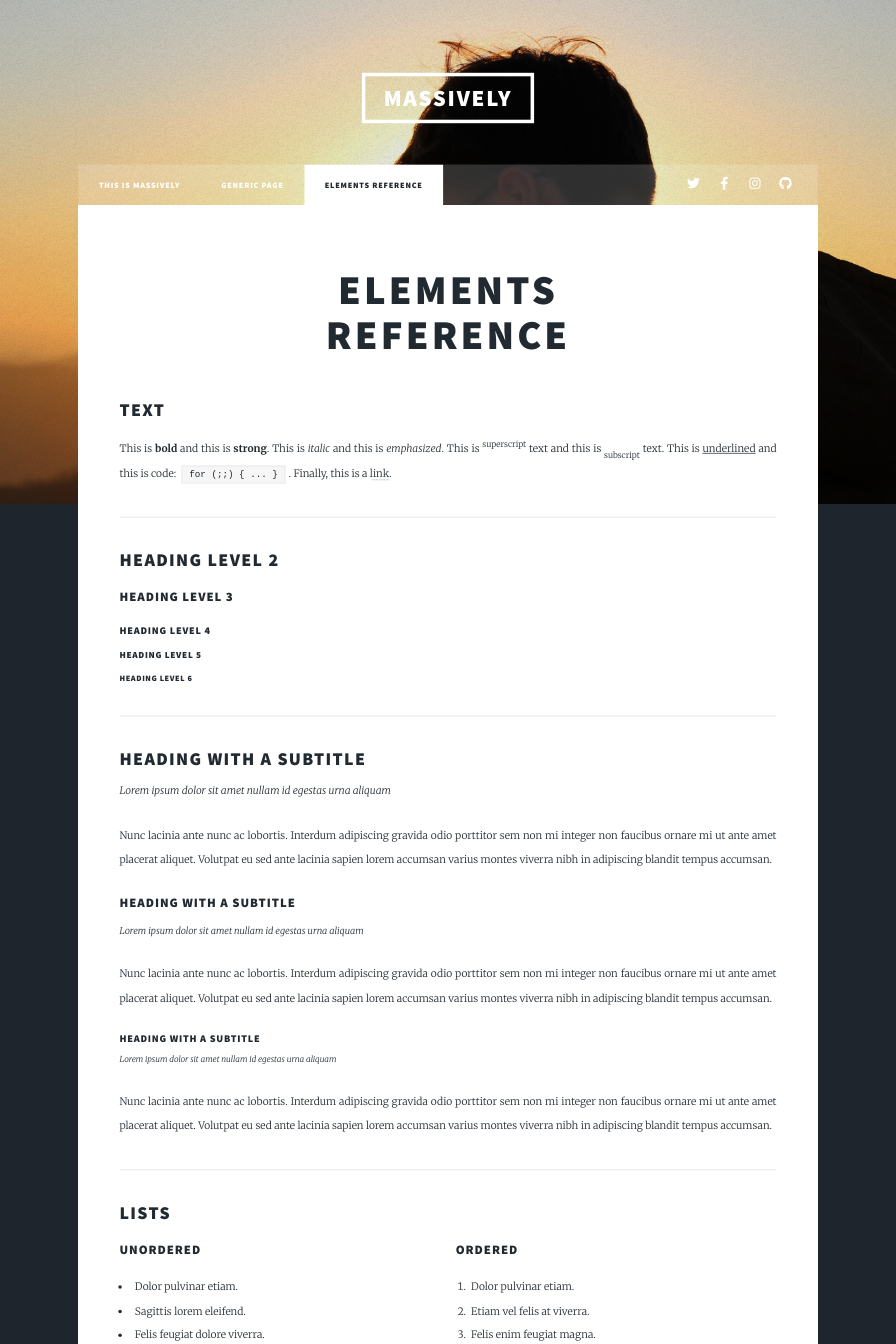
Repository: ciaranscan6/PersonalWebsite
Page: elements.html
An editor plug-in stored every save of this project. The page is shown before and after the next save, followed by the edit.
The browser window is 1280 px wide. The pictures show the part of the page from y = 0 to 1920 px (the page is 9480 px tall), at 70% of full size.

Above is the page before, as saved 2025-11-21 22:11:27.

### elements.html
<!DOCTYPE HTML>
<!--
	Massively by HTML5 UP
	html5up.net | @ajlkn
	Free for personal and commercial use under the CCA 3.0 license (html5up.net/license)
-->
<html>
	<head>
		<title>Elements Reference - Massively by HTML5 UP</title>
		<meta charset="utf-8" />
		<meta name="viewport" content="width=device-width, initial-scale=1, user-scalable=no" />
		<link rel="stylesheet" href="assets/css/main.css" />
		<noscript><link rel="stylesheet" href="assets/css/noscript.css" /></noscript>
	</head>
	<body class="is-preload">

		<!-- Wrapper -->
			<div id="wrapper">

				<!-- Header -->
					<header id="header">
						<a href="index.html" class="logo">Massively</a>
					</header>

				<!-- Nav -->
					<nav id="nav">
						<ul class="links">
							<li><a href="index.html">This is Massively</a></li>
							<li><a href="generic.html">Generic Page</a></li>
							<li class="active"><a href="elements.html">Elements Reference</a></li>
						</ul>
						<ul class="icons">
							<li><a href="#" class="icon brands fa-twitter"><span class="label">Twitter</span></a></li>
							<li><a href="#" class="icon brands fa-facebook-f"><span class="label">Facebook</span></a></li>
							<li><a href="#" class="icon brands fa-instagram"><span class="label">Instagram</span></a></li>
							<li><a href="#" class="icon brands fa-github"><span class="label">GitHub</span></a></li>
						</ul>
					</nav>

				<!-- Main -->
					<div id="main">

						<!-- Post -->
							<section class="post">
								<header class="major">
									<h1>Elements<br />
									Reference</h1>
								</header>

								<!-- Text stuff -->
									<h2>Text</h2>
									<p>This is <b>bold</b> and this is <strong>strong</strong>. This is <i>italic</i> and this is <em>emphasized</em>.
									This is <sup>superscript</sup> text and this is <sub>subscript</sub> text.
									This is <u>underlined</u> and this is code: <code>for (;;) { ... }</code>.
									Finally, this is a <a href="#">link</a>.</p>
									<hr />
									<h2>Heading Level 2</h2>
									<h3>Heading Level 3</h3>
									<h4>Heading Level 4</h4>
									<h5>Heading Level 5</h5>
									<h6>Heading Level 6</h6>
									<hr />
									<header>
										<h2>Heading with a Subtitle</h2>
										<p>Lorem ipsum dolor sit amet nullam id egestas urna aliquam</p>
									</header>
									<p>Nunc lacinia ante nunc ac lobortis. Interdum adipiscing gravida odio porttitor sem non mi integer non faucibus ornare mi ut ante amet placerat aliquet. Volutpat eu sed ante lacinia sapien lorem accumsan varius montes viverra nibh in adipiscing blandit tempus accumsan.</p>
									<header>
										<h3>Heading with a Subtitle</h3>
										<p>Lorem ipsum dolor sit amet nullam id egestas urna aliquam</p>
									</header>
									<p>Nunc lacinia ante nunc ac lobortis. Interdum adipiscing gravida odio porttitor sem non mi integer non faucibus ornare mi ut ante amet placerat aliquet. Volutpat eu sed ante lacinia sapien lorem accumsan varius montes viverra nibh in adipiscing blandit tempus accumsan.</p>
									<header>
										<h4>Heading with a Subtitle</h4>
										<p>Lorem ipsum dolor sit amet nullam id egestas urna aliquam</p>
									</header>
									<p>Nunc lacinia ante nunc ac lobortis. Interdum adipiscing gravida odio porttitor sem non mi integer non faucibus ornare mi ut ante amet placerat aliquet. Volutpat eu sed ante lacinia sapien lorem accumsan varius montes viverra nibh in adipiscing blandit tempus accumsan.</p>

									<hr />

								<!-- Lists -->
									<h2>Lists</h2>
									<div class="row">
										<div class="col-6 col-12-small">

											<h3>Unordered</h3>
											<ul>
												<li>Dolor pulvinar etiam.</li>
												<li>Sagittis lorem eleifend.</li>
												<li>Felis feugiat dolore viverra.</li>
												<li>Dolor pulvinar etiam.</li>
											</ul>

											<h3>Alternate</h3>
											<ul class="alt">
												<li>Dolor pulvinar etiam etiam.</li>
												<li>Sagittis adipiscing eleifend.</li>
												<li>Felis enim dolore viverra.</li>
												<li>Dolor pulvinar etiam etiam.</li>
											</ul>

										</div>
										<div class="col-6 col-12-small">

											<h3>Ordered</h3>
											<ol>
												<li>Dolor pulvinar etiam.</li>
												<li>Etiam vel felis at viverra.</li>
												<li>Felis enim feugiat magna.</li>
												<li>Etiam vel felis nullam.</li>
												<li>Felis enim et tempus.</li>
											</ol>

											<h3>Icons</h3>
											<ul class="icons">
												<li><a href="#" class="icon brands fa-twitter"><span class="label">Twitter</span></a></li>
												<li><a href="#" class="icon brands fa-facebook-f"><span class="label">Facebook</span></a></li>
												<li><a href="#" class="icon brands fa-instagram"><span class="label">Instagram</span></a></li>
												<li><a href="#" class="icon brands fa-github"><span class="label">Github</span></a></li>
												<li><a href="#" class="icon brands fa-dribbble"><span class="label">Dribbble</span></a></li>
											</ul>
											<ul class="icons alt">
												<li><a href="#" class="icon brands alt fa-twitter"><span class="label">Twitter</span></a></li>
												<li><a href="#" class="icon brands alt fa-facebook-f"><span class="label">Facebook</span></a></li>
												<li><a href="#" class="icon brands alt fa-instagram"><span class="label">Instagram</span></a></li>
												<li><a href="#" class="icon brands alt fa-github"><span class="label">Github</span></a></li>
												<li><a href="#" class="icon brands alt fa-dribbble"><span class="label">Dribbble</span></a></li>
											</ul>

										</div>
									</div>
									<h3>Definition</h3>
									<dl>
										<dt>Item 1</dt>
										<dd>
											<p>Lorem ipsum dolor vestibulum ante ipsum primis in faucibus vestibulum. Blandit adipiscing eu felis iaculis volutpat ac adipiscing accumsan eu faucibus. Integer ac pellentesque praesent.</p>
										</dd>
										<dt>Item 2</dt>
										<dd>
											<p>Lorem ipsum dolor vestibulum ante ipsum primis in faucibus vestibulum. Blandit adipiscing eu felis iaculis volutpat ac adipiscing accumsan eu faucibus. Integer ac pellentesque praesent.</p>
										</dd>
										<dt>Item 3</dt>
										<dd>
											<p>Lorem ipsum dolor vestibulum ante ipsum primis in faucibus vestibulum. Blandit adipiscing eu felis iaculis volutpat ac adipiscing accumsan eu faucibus. Integer ac pellentesque praesent.</p>
										</dd>
									</dl>

									<h3>Actions</h3>
									<ul class="actions">
										<li><a href="#" class="button primary">Primary</a></li>
										<li><a href="#" class="button">Default</a></li>
									</ul>
									<ul class="actions small">
										<li><a href="#" class="button primary small">Small</a></li>
										<li><a href="#" class="button small">Small</a></li>
									</ul>
									<div class="row">
										<div class="col-6 col-12-small">
											<ul class="actions stacked">
												<li><a href="#" class="button primary">Default</a></li>
												<li><a href="#" class="button">Default</a></li>
											</ul>
										</div>
										<div class="col-6 col-12-small">
											<ul class="actions stacked">
												<li><a href="#" class="button primary small">Small</a></li>
												<li><a href="#" class="button small">Small</a></li>
											</ul>
										</div>
									</div>
									<div class="row">
										<div class="col-6 col-12-small">
											<ul class="actions stacked">
												<li><a href="#" class="button primary fit">Default</a></li>
												<li><a href="#" class="button fit">Default</a></li>
											</ul>
										</div>
										<div class="col-6 col-12-small">
											<ul class="actions stacked">
												<li><a href="#" class="button primary small fit">Small</a></li>
												<li><a href="#" class="button small fit">Small</a></li>
											</ul>
										</div>
									</div>

									<hr />

								<!-- Blockquote -->
									<h2>Blockquote</h2>
									<blockquote>Fringilla nisl. Donec accumsan interdum nisi, quis tincidunt felis sagittis eget tempus euismod. Vestibulum ante ipsum primis in faucibus vestibulum. Blandit adipiscing eu felis iaculis volutpat ac adipiscing accumsan faucibus. Vestibulum ante ipsum primis in faucibus vestibulum. Blandit adipiscing eu felis.</blockquote>

									<hr />

								<!-- Table -->
									<h2>Table</h2>

									<h3>Default</h3>
									<div class="table-wrapper">
										<table>
											<thead>
												<tr>
													<th>Name</th>
													<th>Description</th>
													<th>Price</th>
												</tr>
											</thead>
											<tbody>
												<tr>
													<td>Item 1</td>
													<td>Ante turpis integer aliquet porttitor.</td>
													<td>29.99</td>
												</tr>
												<tr>
													<td>Item 2</td>
													<td>Vis ac commodo adipiscing arcu aliquet.</td>
													<td>19.99</td>
												</tr>
												<tr>
													<td>Item 3</td>
													<td> Morbi faucibus arcu accumsan lorem.</td>
													<td>29.99</td>
												</tr>
												<tr>
													<td>Item 4</td>
													<td>Vitae integer tempus condimentum.</td>
													<td>19.99</td>
												</tr>
												<tr>
													<td>Item 5</td>
													<td>Ante turpis integer aliquet porttitor.</td>
													<td>29.99</td>
												</tr>
											</tbody>
											<tfoot>
												<tr>
													<td colspan="2"></td>
													<td>100.00</td>
												</tr>
											</tfoot>
										</table>
									</div>

									<h3>Alternate</h3>
									<div class="table-wrapper">
										<table class="alt">
											<thead>
												<tr>
													<th>Name</th>
													<th>Description</th>
													<th>Price</th>
												</tr>
											</thead>
											<tbody>
												<tr>
													<td>Item 1</td>
													<td>Ante turpis integer aliquet porttitor.</td>
													<td>29.99</td>
												</tr>
												<tr>
													<td>Item 2</td>
													<td>Vis ac commodo adipiscing arcu aliquet.</td>
													<td>19.99</td>
												</tr>
												<tr>
													<td>Item 3</td>
													<td> Morbi faucibus arcu accumsan lorem.</td>
													<td>29.99</td>
												</tr>
												<tr>
													<td>Item 4</td>
													<td>Vitae integer tempus condimentum.</td>
													<td>19.99</td>
												</tr>
												<tr>
													<td>Item 5</td>
													<td>Ante turpis integer aliquet porttitor.</td>
													<td>29.99</td>
												</tr>
											</tbody>
											<tfoot>
												<tr>
													<td colspan="2"></td>
													<td>100.00</td>
												</tr>
											</tfoot>
										</table>
									</div>

									<hr />

								<!-- Buttons -->
									<h2>Buttons</h2>
									<ul class="actions">
										<li><a href="#" class="button primary">Primary</a></li>
										<li><a href="#" class="button">Default</a></li>
									</ul>
									<ul class="actions">
										<li><a href="#" class="button primary large">Large</a></li>
										<li><a href="#" class="button">Default</a></li>
										<li><a href="#" class="button small">Small</a></li>
									</ul>
									<ul class="actions fit">
										<li><a href="#" class="button primary fit">Fit</a></li>
										<li><a href="#" class="button fit">Fit</a></li>
									</ul>
									<ul class="actions fit small">
										<li><a href="#" class="button primary fit small">Fit + Small</a></li>
										<li><a href="#" class="button fit small">Fit + Small</a></li>
									</ul>
									<ul class="actions">
										<li><a href="#" class="button primary icon solid fa-search">Icon</a></li>
										<li><a href="#" class="button icon solid fa-download">Icon</a></li>
									</ul>
									<ul class="actions">
										<li><span class="button primary disabled">Primary</span></li>
										<li><span class="button disabled">Default</span></li>
									</ul>

									<hr />

								<!-- Form -->
									<h2>Form</h2>

									<form method="post" action="#">
										<div class="row gtr-uniform">
											<div class="col-6 col-12-xsmall">
												<input type="text" name="demo-name" id="demo-name" value="" placeholder="Name" />
											</div>
											<div class="col-6 col-12-xsmall">
												<input type="email" name="demo-email" id="demo-email" value="" placeholder="Email" />
											</div>
											<!-- Break -->
											<div class="col-12">
												<select name="demo-category" id="demo-category">
													<option value="">- Category -</option>
													<option value="1">Manufacturing</option>
													<option value="1">Shipping</option>
													<option value="1">Administration</option>
													<option value="1">Human Resources</option>
												</select>
											</div>
											<!-- Break -->
											<div class="col-4 col-12-small">
												<input type="radio" id="demo-priority-low" name="demo-priority" checked>
												<label for="demo-priority-low">Low</label>
											</div>
											<div class="col-4 col-12-small">
												<input type="radio" id="demo-priority-normal" name="demo-priority">
												<label for="demo-priority-normal">Normal</label>
											</div>
											<div class="col-4 col-12-small">
												<input type="radio" id="demo-priority-high" name="demo-priority">
												<label for="demo-priority-high">High</label>
											</div>
											<!-- Break -->
											<div class="col-6 col-12-small">
												<input type="checkbox" id="demo-copy" name="demo-copy">
												<label for="demo-copy">Email me a copy</label>
											</div>
											<div class="col-6 col-12-small">
												<input type="checkbox" id="demo-human" name="demo-human" checked>
												<label for="demo-human">I am a human</label>
											</div>
											<!-- Break -->
											<div class="col-12">
												<textarea name="demo-message" id="demo-message" placeholder="Enter your message" rows="6"></textarea>
											</div>
											<!-- Break -->
											<div class="col-12">
												<ul class="actions">
													<li><input type="submit" value="Send Message" class="primary" /></li>
													<li><input type="reset" value="Reset" /></li>
												</ul>
											</div>
										</div>
									</form>

									<hr />

								<!-- Image -->
									<h2>Image</h2>

									<h3>Fit</h3>
									<span class="image fit"><img src="images/pic01.jpg" alt="" /></span>
									<div class="box alt">
										<div class="row gtr-50 gtr-uniform">
											<div class="col-4"><span class="image fit"><img src="images/pic02.jpg" alt="" /></span></div>
											<div class="col-4"><span class="image fit"><img src="images/pic03.jpg" alt="" /></span></div>
											<div class="col-4"><span class="image fit"><img src="images/pic04.jpg" alt="" /></span></div>
											<!-- Break -->
											<div class="col-4"><span class="image fit"><img src="images/pic04.jpg" alt="" /></span></div>
											<div class="col-4"><span class="image fit"><img src="images/pic02.jpg" alt="" /></span></div>
											<div class="col-4"><span class="image fit"><img src="images/pic03.jpg" alt="" /></span></div>
											<!-- Break -->
											<div class="col-4"><span class="image fit"><img src="images/pic03.jpg" alt="" /></span></div>
											<div class="col-4"><span class="image fit"><img src="images/pic04.jpg" alt="" /></span></div>
											<div class="col-4"><span class="image fit"><img src="images/pic02.jpg" alt="" /></span></div>
										</div>
									</div>

									<h3>Left &amp; Right</h3>
									<p><span class="image left"><img src="images/pic08.jpg" alt="" /></span>Lorem ipsum dolor sit accumsan interdum nisi, quis tincidunt felis sagittis eget. tempus euismod. Vestibulum ante ipsum primis in faucibus vestibulum. Blandit adipiscing eu felis iaculis volutpat ac adipiscing accumsan eu faucibus. Integer ac pellentesque praesent tincidunt felis sagittis eget. tempus euismod. Vestibulum ante ipsum primis sagittis eget. tempus euismod. Vestibulum ante ipsum primis in faucibus vestibulum. Blandit adipiscing eu felis iaculis volutpat ac adipiscing accumsan eu faucibus. Integer ac pellentesque praesent tincidunt felis sagittis eget. tempus euismod. Vestibulum ante ipsum primis in faucibus vestibulum. Blandit adipiscing eu felis iaculis volutpat ac adipiscing accumsan eu faucibus. Integer ac pellentesque praesent. Vestibulum ante ipsum primis in faucibus magna blandit adipiscing eu felis iaculis.</p>
									<p><span class="image right"><img src="images/pic09.jpg" alt="" /></span>Lorem ipsum dolor sit accumsan interdum nisi, quis tincidunt felis sagittis eget. tempus euismod. Vestibulum ante ipsum primis in faucibus vestibulum. Blandit adipiscing eu felis iaculis volutpat ac adipiscing accumsan eu faucibus. Integer ac pellentesque praesent tincidunt felis sagittis eget. tempus euismod. Vestibulum ante ipsum primis sagittis eget. tempus euismod. Vestibulum ante ipsum primis in faucibus vestibulum. Blandit adipiscing eu felis iaculis volutpat ac adipiscing accumsan eu faucibus. Integer ac pellentesque praesent tincidunt felis sagittis eget. tempus euismod. Vestibulum ante ipsum primis in faucibus vestibulum. Blandit adipiscing eu felis iaculis volutpat ac adipiscing accumsan eu faucibus. Integer ac pellentesque praesent. Vestibulum ante ipsum primis in faucibus magna blandit adipiscing eu felis iaculis.</p>

									<hr />

								<!-- Box -->
									<h2>Box</h2>
									<div class="box">
										<p>Felis sagittis eget tempus primis in faucibus vestibulum. Blandit adipiscing eu felis iaculis volutpat ac adipiscing accumsan eu faucibus. Integer ac pellentesque praesent tincidunt felis sagittis eget. tempus euismod. Magna sed etiam ante ipsum primis in faucibus vestibulum. Blandit adipiscing eu ipsum primis in faucibus vestibulum. Blandit adipiscing eu felis iaculis volutpat ac adipiscing accumsan eu faucibus lorem ipsum dolor sit amet nullam. Integer ac pellentesque praesent tincidunt felis sagittis eget. tempus euismod. Vestibulum ante ipsum primis sagittis eget. tempus euismod. Vestibulum ante ipsum primis in faucibus vestibulum. Blandit adipiscing eu felis iaculis volutpat ac adipiscing accumsan eu faucibus. Integer ac pellentesque praesent tincidunt felis sagittis eget. tempus euismod. Vestibulum ante ipsum primis in faucibus vestibulum. Blandit adipiscing eu felis iaculis volutpat ac adipiscing accumsan eu faucibus. Integer ac pellentesque praesent. Vestibulum ante ipsum primis in faucibus magna blandit adipiscing eu felis iaculis volutpat lorem ipsum dolor.</p>
									</div>

									<hr />

								<!-- Preformatted Code -->
									<h2>Preformatted</h2>
									<pre><code>i = 0;

while (!deck.isInOrder()) {
    print 'Iteration ' + i;
    deck.shuffle();
    i++;
}

print 'It took ' + i + ' iterations to sort the deck.';
</code></pre>

							</section>

					</div>

				<!-- Footer -->
					<footer id="footer">
						<section>
							<form method="post" action="#">
								<div class="fields">
									<div class="field">
										<label for="name">Name</label>
										<input type="text" name="name" id="name" />
									</div>
									<div class="field">
										<label for="email">Email</label>
										<input type="text" name="email" id="email" />
									</div>
									<div class="field">
										<label for="message">Message</label>
										<textarea name="message" id="message" rows="3"></textarea>
									</div>
								</div>
								<ul class="actions">
									<li><input type="submit" value="Send Message" /></li>
								</ul>
							</form>
						</section>
						<section class="split contact">
							<section class="alt">
								<h3>Address</h3>
								<p>1234 Somewhere Road #87257<br />
								Nashville, TN 00000-0000</p>
							</section>
							<section>
								<h3>Phone</h3>
								<p><a href="#">(000) 000-0000</a></p>
							</section>
							<section>
								<h3>Email</h3>
								<p><a href="#">info@untitled.tld</a></p>
							</section>
							<section>
								<h3>Social</h3>
								<ul class="icons alt">
									<li><a href="#" class="icon brands alt fa-twitter"><span class="label">Twitter</span></a></li>
									<li><a href="#" class="icon brands alt fa-facebook-f"><span class="label">Facebook</span></a></li>
									<li><a href="#" class="icon brands alt fa-instagram"><span class="label">Instagram</span></a></li>
									<li><a href="#" class="icon brands alt fa-github"><span class="label">GitHub</span></a></li>
								</ul>
							</section>
						</section>
					</footer>

				<!-- Copyright -->
					<div id="copyright">
						<ul><li>&copy; Untitled</li><li>Design: <a href="https://html5up.net">HTML5 UP</a></li></ul>
					</div>

			</div>

		<!-- Scripts -->
			<script src="assets/js/jquery.min.js"></script>
			<script src="assets/js/jquery.scrollex.min.js"></script>
			<script src="assets/js/jquery.scrolly.min.js"></script>
			<script src="assets/js/browser.min.js"></script>
			<script src="assets/js/breakpoints.min.js"></script>
			<script src="assets/js/util.js"></script>
			<script src="assets/js/main.js"></script>

	</body>
</html>

Loaded but not shown: assets/css/fontawesome-all.min.css (library); assets/js/jquery.min.js (library); assets/js/jquery.scrollex.min.js (common file); assets/js/jquery.scrolly.min.js (common file); assets/js/browser.min.js (common file); assets/js/breakpoints.min.js (common file); assets/js/util.js (587 lines, source omitted); assets/js/main.js (258 lines, source omitted); assets/css/main.css (4689 lines, source omitted)

After the next save:
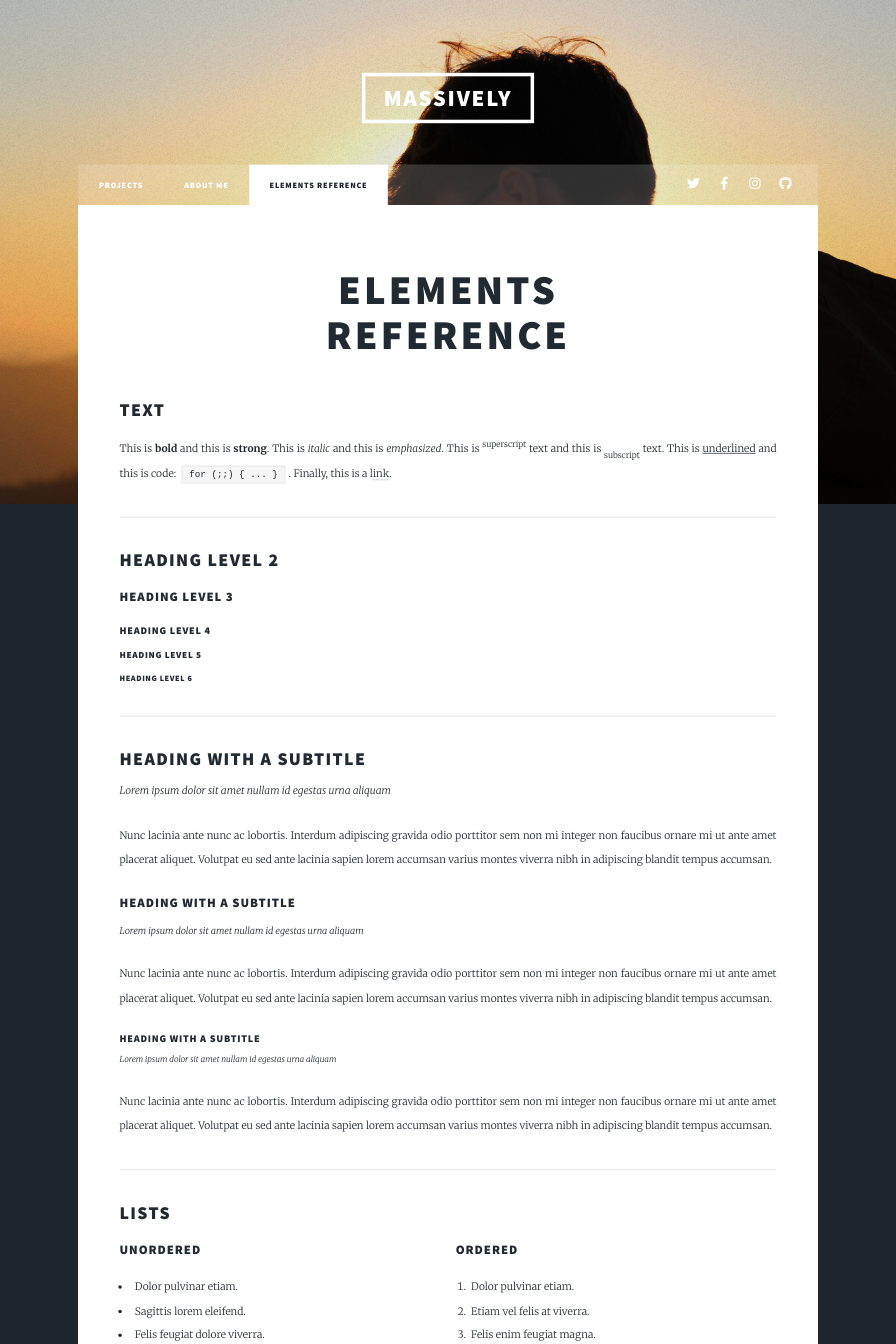
Saved 1 s later.
--- a/elements.html
+++ b/elements.html
@@ -25,8 +25,8 @@
 				<!-- Nav -->
 					<nav id="nav">
 						<ul class="links">
-							<li><a href="index.html">This is Massively</a></li>
-							<li><a href="generic.html">Generic Page</a></li>
+							<li><a href="index.html">Projects</a></li>
+							<li><a href="about-me.html">About Me</a></li>
 							<li class="active"><a href="elements.html">Elements Reference</a></li>
 						</ul>
 						<ul class="icons">
